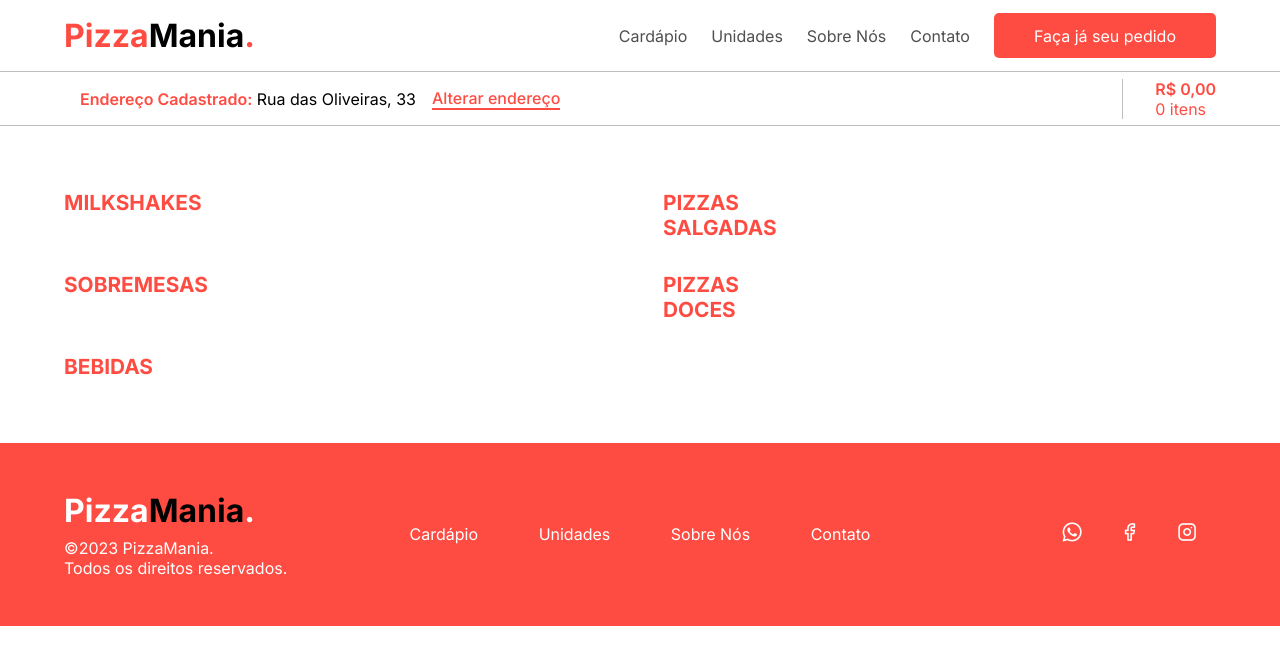
Repository: lucas-albuq/PizzaMania
Page: assets/pages/cardapio.html
The author's editor kept a copy of each file at every save. The page is drawn from the files as they stood at one save, then again after the next save.
The browser window is 1280 px wide. The pictures show the whole page.
Some icons come from a web library that is not loaded, so they are not drawn. Some web libraries are served in a nearby version.

Above is the page before, as saved 2024-01-04 20:50:30.

### assets/pages/cardapio.html
<!DOCTYPE html>
<html lang="en">
<head>
    <meta charset="UTF-8">
    <meta name="viewport" content="width=device-width, initial-scale=1.0">
    <title>PizzaMania. - Cardápio</title>
    <link rel='stylesheet' href='https://cdn-uicons.flaticon.com/2.0.0/uicons-regular-rounded/css/uicons-regular-rounded.css'>
    <link rel="stylesheet" href="/assets/fonts/style.css">
    <link rel="stylesheet" href="/assets/css/pizzamania.css">
</head>
<body>
    <div id="header"></div>
    <main>
        <div class="categorias-cardapio">
            <div class="milkshakes">
                <h2>Milkshakes</h2>
            </div>
            <div class="pizzas-salgadas">
                <h2>Pizzas <br>Salgadas</h2>
            </div>
            <div class="sobremesas">
                <h2>Sobremesas</h2>
            </div>
            <div class="pizzas-doces">
                <h2>Pizzas <br>Doces</h2>
            </div>
            <div class="bebidas">
                <h2>Bebidas</h2>
            </div>
        </div>
    </main>
    <div id="footer"></div>
    <script src="https://ajax.googleapis.com/ajax/libs/jquery/3.1.0/jquery.min.js"></script>
    <script src="../../main.js"></script>
</body>
</html>

### assets/fonts/style.css
@font-face {
  font-family: 'icomoon';
  src:  url('fonts/icomoon.eot?r532as');
  src:  url('fonts/icomoon.eot?r532as#iefix') format('embedded-opentype'),
    url('fonts/icomoon.ttf?r532as') format('truetype'),
    url('fonts/icomoon.woff?r532as') format('woff'),
    url('fonts/icomoon.svg?r532as#icomoon') format('svg');
  font-weight: normal;
  font-style: normal;
  font-display: block;
}

[class^="icon-"], [class*=" icon-"] {
  /* use !important to prevent issues with browser extensions that change fonts */
  font-family: 'icomoon' !important;
  speak: never;
  font-style: normal;
  font-weight: normal;
  font-variant: normal;
  text-transform: none;
  line-height: 1;

  /* Better Font Rendering =========== */
  -webkit-font-smoothing: antialiased;
  -moz-osx-font-smoothing: grayscale;
}

.icon-delivery:before {
  content: "\e909";
}
.icon-pizza:before {
  content: "\e90a";
}
.icon-fatia:before {
  content: "\e90b";
}
.icon-whatsapp:before {
  content: "\e900";
}
.icon-brand:before {
  content: "\e900";
}
.icon-social:before {
  content: "\e900";
}
.icon-facebook:before {
  content: "\e902";
}
.icon-instagram:before {
  content: "\e903";
}
.icon-mail:before {
  content: "\e904";
}
.icon-map-pin:before {
  content: "\e905";
}
.icon-menu:before {
  content: "\e901";
}
.icon-phone:before {
  content: "\e906";
}
.icon-x:before {
  content: "\e907";
}
.icon-youtube:before {
  content: "\e908";
}

### assets/css/pizzamania.css
@import url('https://fonts.googleapis.com/css2?family=Inter:wght@100;200;300;400;500;600;700;800;900&display=swap');

:root {
  --base-hue: 3;
  --primary-color: hsl(var(--base-hue), 100%, 63%);
  --secondary-color: hsl(var(--base-hue), 0%, 0%);
  --text-color: hsl(var(--base-hue), 0%, 31%);
  --text-hover-color: hsl(var(--base-hue), 0%, 51%);
  --background-color: hsl(var(--base-hue), 0%, 100%);
  --button-background: hsl(var(--base-hue), 100%, 63%);
  --button-hover-background: hsl(var(--base-hue), 67%, 47%);
  --divider-color: hsl(var(--base-hue), 0%, 75%);
  --shadow-color:rgba(0, 0, 0, 0.25);
  --box-shadow: 0px 2px 8px 0px rgba(0, 0, 0, 0.25);
}

* {
  padding: 0;
  margin: 0;
  scroll-behavior: smooth;
  font-family: 'Inter', sans-serif;
  box-sizing: border-box;
}

header {
  display: flex;
  flex-direction: column;
  align-items: center;
}

main{
  max-width: 80em;
  width: 90%;
  margin: 4em auto;
  display: flex;
  flex-direction: column;
  gap: 4em;
}

section{
  display: flex;
  flex-direction: column;
  gap: 2em;
}

h2{
  font-size: 1.3em;
  color: var(--primary-color);
  text-transform: uppercase;
}

h3{
  font-size: 1.2em;
}

.header1, .header2 {
  display: flex;
  max-width: 80em;
  width: 90%;
  justify-content: space-between;
  align-items: center;
}

.header1 {
  padding: .8em 0;
}

.header2 {
  padding: .4em 0;
}

.header1 h1 a {
  color: var(--primary-color);
  font-size: 2rem;
}

.header1 h1 span {
  color: var(--secondary-color);
}

.header1_menus {
  display: flex;
  gap: 1.5em;
}

.header1 nav {
  display: flex;
  align-items: center;
}

.header1 ul {
  display: flex;
  list-style-type: none;
  align-items: center;
  justify-content: center;
  gap: 1.5em;
  align-items: center;
}

.header1 a {
  text-decoration: none;
  color: var(--text-color);
  font-size: 1rem;
  transition: color .2s;
}

.header1 nav a:hover {
  color: var(--text-hover-color);
}

.header1 button {
  padding: .8em 2.5em;
  border-radius: 5px;
  line-height: initial;
  align-self: center;
  background-color: var(--button-background);
  border: none;
  color: #FFF;
  font-size: 1rem;
  cursor: pointer;
  transition: background .2s;
}

.header1 button:hover {
  background-color: var(--button-hover-background);
}

.divider {
  border-bottom: 1px solid var(--divider-color);
  width: 100%;
}

.header2 .endereco, .header2 .carrinho {
  display: flex;
  gap: 1em;
  align-items: center;
}

.header2 .carrinho {
  border-left: 1px solid var(--divider-color);
  padding-left: 1em;
  cursor: pointer;
}

.header2 .fi, .header2 span, .carrinho p {
  color: var(--primary-color);
  transition: color .2s;
}

.header2 .endereco button {
  background: none;
  border: none;
  font-size: 1rem;
  color: var(--primary-color);
  font-weight: 500;
  border-bottom: 2px solid var(--primary-color);
  cursor: pointer;
  transition: color .2s;
}

.header2 .endereco button:hover {
  color: var(--button-hover-background);
  border-color: var(--button-hover-background);
}

.header2 .carrinho:hover .valor p, .carrinho:hover .fi {
  color: var(--button-hover-background);
}

.header2 span, .carrinho p:first-child {
  font-weight: 600;
}

footer{
  background-color: var(--primary-color);
}
footer .footer{
  display: flex;
  max-width: 80em;
  width: 90%;
  margin: 0 auto;
  justify-content: space-between;
  align-items: center;
  padding: 3em 0;
}
.footer .footer-menu{
  width: 40%;
}
.footer .footer-menu ul{
  display: flex;
  list-style-type: none;
  justify-content: space-between;
}
.footer .footer-menu a{
  color: var(--background-color);
  text-decoration: none;
  transition: color .2s
}
.footer-menu a:hover{
  color: var(--divider-color)
}
.footer-logo-copy, .footer-social-medias{
  width: 20%;
}
.footer-social-medias{
  display: flex;
  justify-content: end;
  align-items: center;
}
.footer-social-medias a{
  text-decoration: none;
}
.footer-social-medias div {
  color: var(--background-color);
  font-size: 1.2rem;
  padding: 1em;
  transition: all .5s ease;
}

.footer-social-medias div:hover {
  transform: translateY(-5px);
}
.footer-social-medias div::after{
  content: "";
  display: block;
  width: 0;
  height: 3px;
  margin-top: 3px;
  border-radius: 5px;
  background: var(--background-color);
  transition: all .2s ease;
}
.footer-social-medias div:hover::after{
  width: 100%;
}
.footer-logo-copy{
  display: flex;
  flex-direction: column;
  gap: .5em;
  color: var(--background-color)
}
.footer-logo-copy a{
  color: var(--background-color);
  text-decoration: none;
}
.footer-logo-copy a span{
  color: var(--secondary-color);
}
.servicos > div{
  display: flex;
  justify-content: space-between;
}
.servicos > div > div{
  box-shadow: var(--box-shadow);
  display: flex;
  flex-direction: column;
  align-items: center;
  justify-content: center;
  padding: 2.5em;
  width: 30%;
  gap: 1.5em;
  border-radius: 20px;
  border-bottom: var(--primary-color) solid 8px;
}

.servicos img{
  height: 3.5em;
}

.servicos p{
  text-align: center;
}

.carrossel .swiper {
  width: 100%;
  aspect-ratio: 16/6;
  border-radius: 20px;
}
.carrossel .swiper img{
  width: 100%;
  aspect-ratio: 16/6;
  filter: brightness(75%);
}
.swiper-pagination-bullet{
  padding: 3px;
}
.swiper-pagination-bullet-active{
  background: var(--primary-color);
}
.swiper-button-next, .swiper-button-prev{
  color: #FFF
}
.promocoes .swiper-slide, .assessments .swiper-slide{
  padding: 1em .2em;
}
.promocoes .card{
  display: flex;
  flex-direction: column;
  padding: 2em;
  gap: 2em;
  box-shadow: var(--box-shadow);
  border-radius: 20px;
}
.promocoes .card-top, .promocoes .card-bottom{
  display: flex;
  justify-content: space-between;
}
.promocoes .card-top-text{
  width: 65%;
  display: flex;
  flex-direction: column;
  gap: 1em;
}
.promocoes .card-top-image{
  width: 35%;
}
.promocoes .card-top-image img{
  width: 100%;
}
.promocoes .card-bottom p span{
  font-weight: bold;
  font-size: 1.2em;
}
.promocoes .card-bottom button{
  border: none;
  background: var(--button-background);
  padding: 0 3em;
  border-radius: 5px;
  color: #FFF;
  font-size: 1rem;
  cursor: pointer;
  transition: background .2s;
}
.promocoes .card-bottom button:hover{
  background: var(--button-hover-background);
}
.swiper-container{
  overflow: hidden;
}
/*Novamente reutilizando código antigo meu (é meu msm)*/
.assessments .assessments__container .swiper-wrapper{
  display: flex;
  flex-wrap: nowrap;
}
.assessments .assessments__container .assessments__assessment blockquote{
  padding: 2em;
  box-shadow: var(--box-shadow);
  border-radius: 20px;
  height: auto;
  width: 100%;
}
.assessments .assessments__container .assessments__assessment p{
  position: relative;
  text-indent: 1.875rem;
  margin-bottom: 1.5rem;
  color: var(--title-color);
}
.assessments .assessments__container .assessments__assessment p span{
  font-size: 4rem;
  font-family: serif;
  font-weight: 700;
  position: absolute;
  color: var(--primary-color);
  top: -1.375rem;
  left: -2.300rem;
}
.assessments .assessments__container .assessments__assessment cite {
  display: flex;
  align-items: center;
  font-style: normal;
  text-transform: capitalize;
}
.assessments .assessments__container .assessments__assessment cite img{
  height: 2rem;
  width: 2rem;
  object-fit: cover;
  clip-path: circle();
  margin-right: 0.5rem;
}
.categorias-cardapio{
  display: flex;
  flex-wrap: wrap;
  gap: 2em;
  justify-content: space-between;
}
.categorias-cardapio > div{
  width: 48%;
  justify-content: center;
}

### main.js
document.addEventListener('DOMContentLoaded', function() {
    const header = document.getElementById('header');
    const footer = document.getElementById('footer');

    fetch('/assets/html/header.html')
        .then(response => response.text())
        .then(data => {
            header.innerHTML = data;

            const fazerPedido = document.querySelector(".header1_menus button");
            fazerPedido.addEventListener("click", () => window.open('./assets/pages/cardapio.html', '_self'));
        });

    fetch('/assets/html/footer.html')
        .then(response => response.text())
        .then(data => {
            footer.innerHTML = data;
        });
});

### assets/html/header.html
<header>
        <div class="header1">
            <h1><a href="/index.html">Pizza<span>Mania</span>.</a></h1>
            <div class="header1_menus">
                <nav>
                    <ul>
                        <li><a href="#">Cardápio</a></li>
                        <li><a href="#">Unidades</a></li>
                        <li><a href="#">Sobre Nós</a></li>
                        <li><a href="#">Contato</a></li>
                    </ul>
                </nav>
                <button>
                    Faça já seu pedido
                </button>
            </div>
        </div>
        <div class="divider"></div>
        <div class="header2">
            <div class="endereco">
                <i class="fi fi-rr-home"></i>
                <p><span>Endereço Cadastrado:</span> Rua das Oliveiras, 33</p>
                <button>Alterar endereço</button>
            </div>
            <div class="carrinho">
                <i class="fi fi-rr-shopping-cart"></i>
                <div class="valor">
                    <p>R$ 0,00</p>
                    <p>0 itens</p>
                </div>
            </div>
        </div>
        <div class="divider"></div>
    </header>

### assets/html/footer.html
<footer>
    <div class="footer">
        <div class="footer-logo-copy">
            <h1><a href="/index.html">Pizza<span>Mania</span>.</a></h1>
            <p>
                ©2023 PizzaMania. <br>
                Todos os direitos reservados.
            </p>
        </div>
        <nav class="footer-menu">
            <ul>
                <li><a href="">Cardápio</a></li>
                <li><a href="">Unidades</a></li>
                <li><a href="">Sobre Nós</a></li>
                <li><a href="">Contato</a></li>
            </ul>
        </nav>
        <div class="footer-social-medias">
            <a href="#">
                <div class="icon-whatsapp"></div>
            </a>
            <a href="#">
                <div class="icon-facebook"></div>
            </a>
            <a href="#">
                <div class="icon-instagram"></div>
            </a>
        </div>
    </div>
</footer>

After the next save:
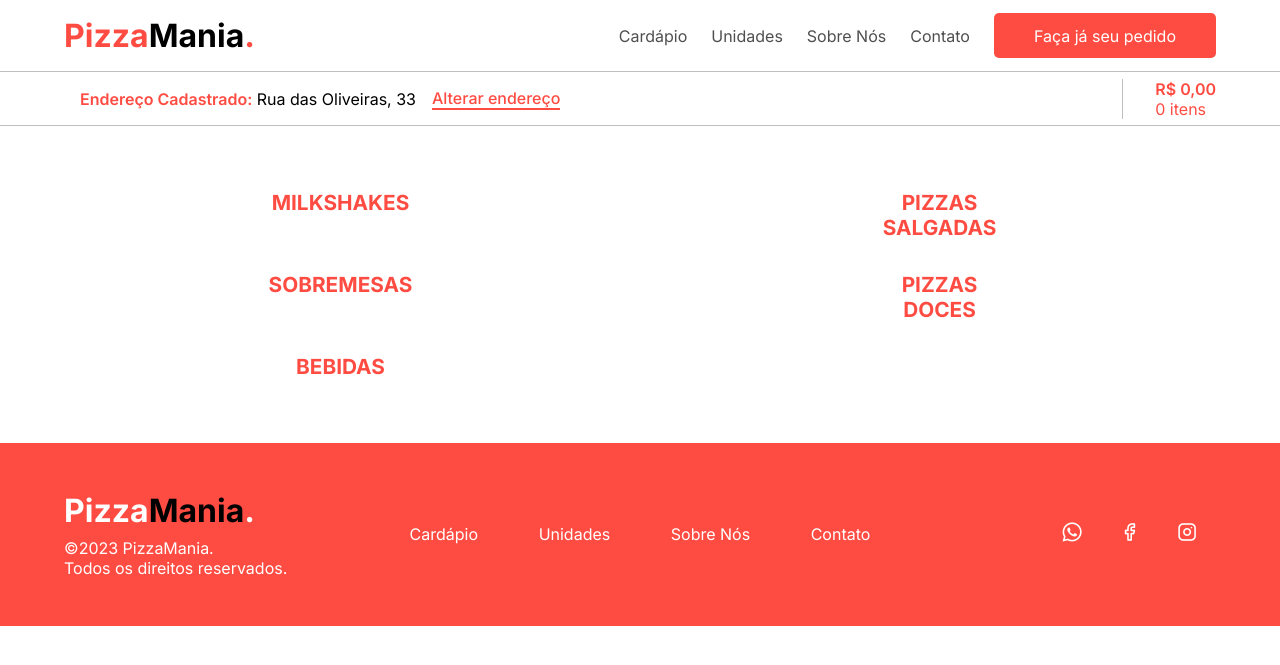
Saved 7 s later.
--- a/assets/css/pizzamania.css
+++ b/assets/css/pizzamania.css
@@ -385,5 +385,5 @@ footer .footer{
 }
 .categorias-cardapio > div{
   width: 48%;
-  justify-content: center;
-}
+  text-align: center;
+}
